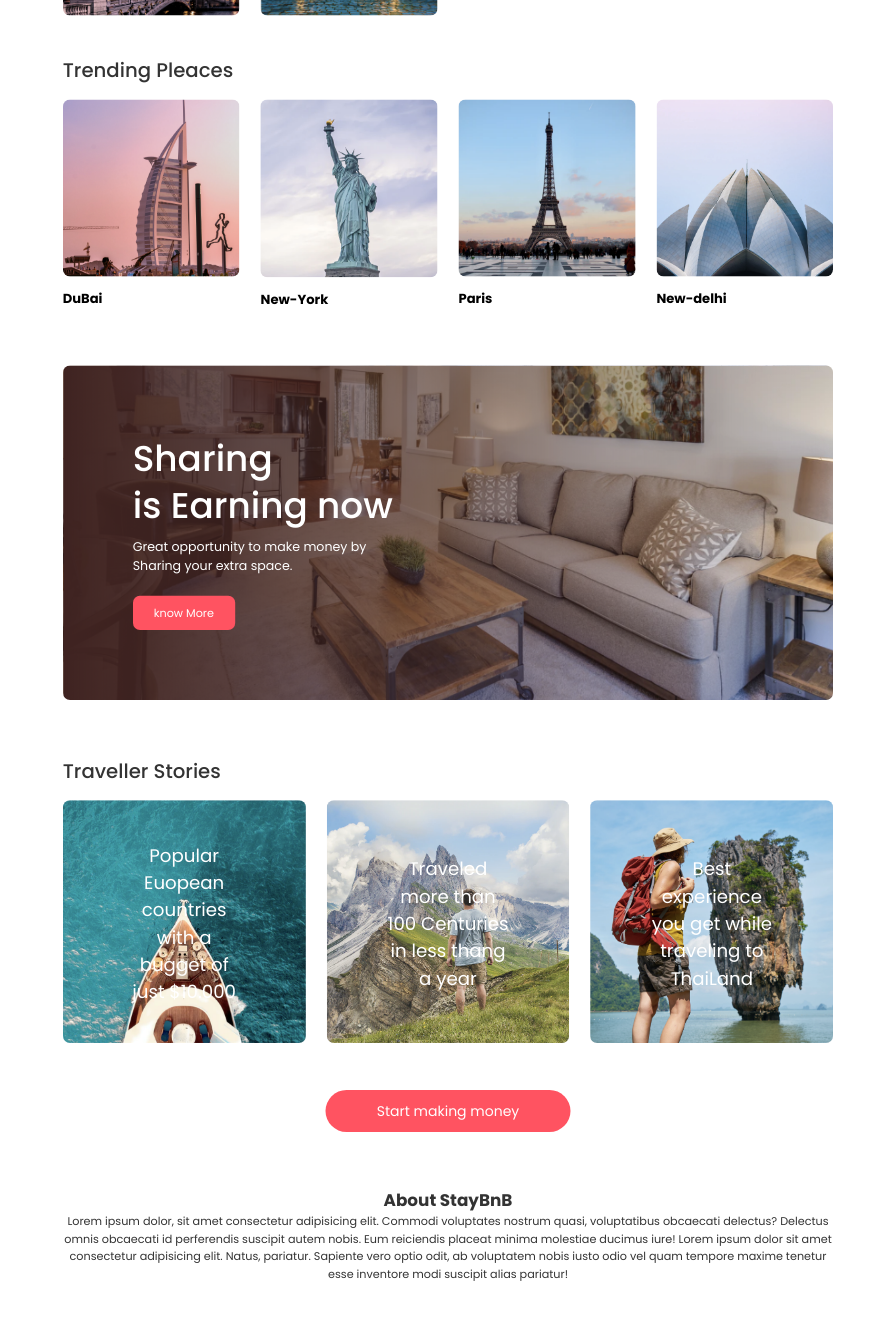
Repository: pinocoding/AirBnB
Page: house.html
The author's editor kept a copy of each file at every save. The page is drawn from the files as they stood at one save, then again after the next save.
The browser window is 1280 px wide. The pictures show the part of the page from y = 1073 to 2993 px (the page is 2985 px tall before and 2993 px after), at 70% of full size.

Above is the page before, as saved 2022-01-23 16:30:29.

### house.html
<!DOCTYPE html>
<html lang="en">
<head>
  <meta charset="UTF-8">
  <meta http-equiv="X-UA-Compatible" content="IE=edge">
  <meta name="viewport" content="width=device-width, initial-scale=1.0">
  <link rel="stylesheet" href="./style.css">
  <title>AirBnB</title>
</head>
<body>
  <!-- header -->
  <div class="header">
   <nav>
     <img src="/images/logo.png" class="logo" alt="blem" >
     <ul class="nav-links">
       <li><a href="#">Popular Places</a></li>
       <li><a href="#">Travel Outside</a></li>
       <li><a href="#">Online Packages</a></li>
     </ul>
     <a href="#"class="regiser-btn">Register Now</a>
   </nav>
   <div class="container">
     <h1>
       Find Your next Stay
     </h1>
     <div class="search-bar">
       <form >
         <div class="location-input">
           <label for="">Location</label>
           <input type="text" placeholder="where are ya goin'">
         </div>
         <div>
          <label for="">Check In </label>
          <input type="text" placeholder="Add Date">
        </div>
        <div>
          <label for="">Check Out</label>
          <input type="text" placeholder="Add Date">
        </div>
        <div>
          <label for="">Guest</label>
          <input type="text" placeholder="Add Guest">
        </div>
        <button type="submit">
          <img src="/images/search.png" alt="blem" >
        </button>
       </form>
     </div>


   </div>
   <!-- IMG gallary  -->


<!-- ---------Container------ -->

  </div>
  <div class="container">
    <h2 class="sub-title">Exclusives</h2>
    <div class="exclusives">
   <div>
     <img src="/images/image-1.png" alt="">
     <span>
       <h3>
         LonDon
       </h3>
       <p>
         Start @$250
       </p>
     </span>
   </div>
   <div>
    <img src="/images/image-2.png" alt="">
    <span>
      <h3>
        LonDon
      </h3>
      <p>
        Start @$250
      </p>
    </span>
  </div>
  <div>
    <img src="/images/image-3.png" alt="">
    <span>
      <h3>
        LonDon
      </h3>
      <p>
        Start @$250
      </p>
    </span>
  </div>
  <div>
    <img src="/images/image-4.png" alt="">
    <span>
      <h3>
        LonDon
      </h3>
      <p>
        Start @$250
      </p>
    </span>
  </div>
  <div>
    <img src="/images/image-5.png" alt="">
    <span>
      <h3>
        LonDon
      </h3>
      <p>
        Start @$250
      </p>
    </span>
  </div>
  <div>
    <img src="/images/image-6.png" alt="">
    <span>
      <h3>
        LonDon
      </h3>
      <p>
        Start @$250
      </p>
    </span>
  </div>
    </div>
    <h2 class="sub-title">
      Trending Pleaces
    </h2>
    <div class="trending">
      <div>
        <img src="/images/dubai.png" alt="blem" >
        <h3>DuBai</h3>
      </div>
      <div>
        <img src="/images/new-york.png" alt="blem" >
        <h3>New-York</h3>
      </div>
      <div>
        <img src="/images/paris.png" alt="blem" >
        <h3>Paris</h3>
      </div>
      <div>
        <img src="/images/new-delhi.png" alt="blem" >
        <h3>New-delhi</h3>
      </div>
    </div>
    <div class="cta">
      <h3>Sharing <br> is Earning now</h3>
      <p>Great opportunity to make money by <br> Sharing your extra space.</p>
      <a href="#" class="cta-btn">know More </a>
    </div>
<h2 class="sub-title">
  Traveller Stories
</h2>
<div class="stories">
  <div>
    <img src="/images/story-1.png" alt="#" >
    <p>Popular Euopean countries with a bugget of just $10.000 </p>
  </div>
  <div>
    <img src="/images/story-2.png" alt="#" >
    <p>Traveled more than 100 Centuries in less thang a year  </p>
  </div>
  <div>
    <img src="/images/story-3.png" alt="#" >
    <p>Best experience you get while traveling to ThaiLand</p>
  </div>

</div>
<a href="#" class="start-btn">Start making money</a>
<div class="about-msg">
  <h2>About StayBnB</h2>
  <p>
    Lorem ipsum dolor, sit amet consectetur adipisicing elit. Commodi voluptates nostrum quasi, voluptatibus obcaecati delectus? Delectus omnis obcaecati id perferendis suscipit autem nobis. Eum reiciendis placeat minima molestiae ducimus iure!
    Lorem ipsum dolor sit amet consectetur adipisicing elit. Natus, pariatur. Sapiente vero optio odit, ab voluptatem nobis iusto odio vel quam tempore maxime tenetur esse inventore modi suscipit alias pariatur!
  </p>
</div>
<!--  -->

</div>
</body>
<script src="./function.js"></script>
</html>

### style.css
@import url('https://fonts.googleapis.com/css2?family=Poppins:wght@300;400;500;600;700&display=swap');
:root {
  --text-colorWhite : #fff;
  --text-colorBlack : #000;
  --background  : #fff;
}
* {
  margin: 0;
  padding: 0;
  box-sizing: border-box;
  font-family: 'Poppins', sans-serif;
}
.header {
  min-height: 100vh;
  width: 100%;
  background-image:linear-gradient(rgba(0,0,0,0.3),rgba(0,0,0,0.3)),url(/images/banner.png);
  background-size: cover;
  background-position: center;
}
nav {
  display: flex;
  align-items: center;
  justify-content: space-between;
  padding: 20px  7%;
}
.logo {
  width: 140px;
  cursor: pointer;
}
.nav-links li {
  list-style: none;
  display: inline-block;
  margin : 10px 30px
}
.nav-links li a {
  text-decoration: none;
  color: var(--text-colorWhite);
}
 .regiser-btn {
   background:var(--background) ;
   color: #000;
   padding:8px 20px;
   border-radius: 20px;
   font-size: 14px;
   text-decoration: none;
  outline: none;

}
.container {
  padding :0 7%;
}
.container h1  {
font-size: 4vw;
font-weight: 500;
color: var(--text-colorWhite);
text-align: center;
padding-top: 22%

}
.search-bar {
  background: var(--background);
  width: 50%;
  margin: 30px auto;
  padding: 6px 10px 6px 30px;
  border-radius: 50px;

}
.search-bar form {
  display:  flex;
  align-items: center;
  flex-wrap: wrap;
}
.search-bar form input {
  display: block;
  border: 0;
  outline: none;
  background: transparent;
}
.search-bar form button {
  background: #ff5361;
  width: 55px;
  height: 55px;
  border-radius: 50%;
  outline: none;
  border: 0;
  cursor: pointer;
}
.search-bar form button img {
  width: 15px;
  margin-top: 7px;
}
.location-input {
  flex: 1;
}
.search-bar form label {
  font-weight: 600;
}
/* ---------Exclusives--------- */
.sub-title {
  margin:  50px 0 20px;
  font-size: 2.2vw;
  font-weight: 500;
  color: #333;
}
.exclusives {

  display: grid ;
  grid-template-columns: repeat(auto-fit,minmax(200px,1fr));
  grid-gap: 30px


}
.exclusives div img {
  width:100% ;
  border-radius: 10px;
}
.exclusives div {
  position: relative;
}
.exclusives div span {
  position:absolute;
  top : 50%;
  left: 50%;
  transform: translate(-50%,-50%);
  color: var(--text-colorWhite);
  text-align: center;
  cursor: pointer;
}
/* ------------Trending Please---------------------- */
.trending {

  display: grid ;
  grid-template-columns: repeat(auto-fit,minmax(200px,1fr));
  grid-gap: 30px;
  margin-bottom :30px;


}
.trending div img {
  width:100% ;
  border-radius: 10px;
}
.trending h3 {
  font-size: 600;
  margin-top :10px
}
/* -----Call to action --- */
.cta {
  margin : 80px 0  ;
  background-image: linear-gradient(to right, #3f2321,transparent),url(/images/banner-2.png);
  background-size: cover ;
  background-position: center;
  border-radius: 10px;
  padding: 100px;
  color: var(--text-colorWhite);


}
.cta  h3 {
  font-size: 4vw ;
  line-height: 5.3vw ;
  font-weight: 500;

}
.cta p {
  font-size: 18px;
  margin: 10px 0;
}
.cta .cta-btn {
  background: #ff5361;
  color: #fff;
  text-decoration: none;
  padding: 12px  30px ;
  border-radius: 10px;
  margin-top:20px ;
  display: inline-block;

}
/* ------------Traveller Stories--------- */
.stories {
  display: grid ;
  grid-template-columns: repeat(auto-fit,minmax(200px,1fr));
  grid-gap: 30px;
  margin-bottom :30px;

}
.stories div img {
  width: 100%;
  border-radius: 10px;
}
.stories div {
  position: relative;
  text-align: center;

}
.stories p {
  width: 80%px;
  position: absolute;
  top: 50%;
  left: 50%;
  transform: translate(-50%,-50%);
  color: var(--text-colorWhite);
  font-size: 26px;
}
.start-btn {
  text-decoration: none;
  background-color: #ff5361;
  color: var(--text-colorWhite);
  font-size: 20px;
  width: 80%;
  max-width: 350px;
  display: block;
  text-align: center;
  margin : 60px auto ;
  border-radius: 30px;
  padding : 15px ;
  border-radius: 40px;


}
.about-msg {
  text-align: center;
  margin:80px 0;
  color: #333;
  font-size: ;
}

Loaded but not shown: function.js (no copy from this time; the picture is the same without it)

After the next save:
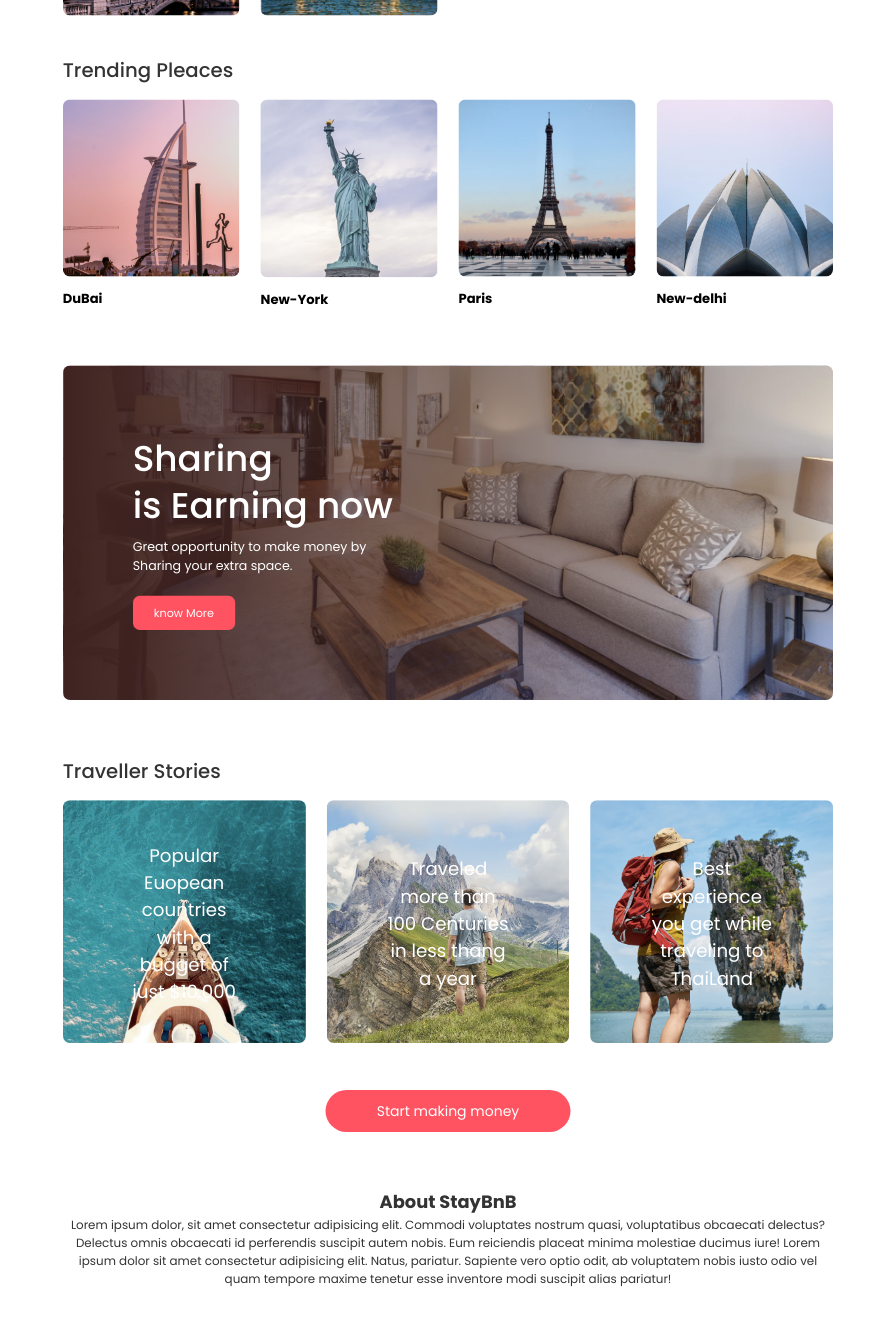
Saved 9 s later.
--- a/style.css
+++ b/style.css
@@ -222,5 +222,5 @@ padding-top: 22%
   text-align: center;
   margin:80px 0;
   color: #333;
-  font-size: ;
-}
+  font-size: 17px ;
+}
